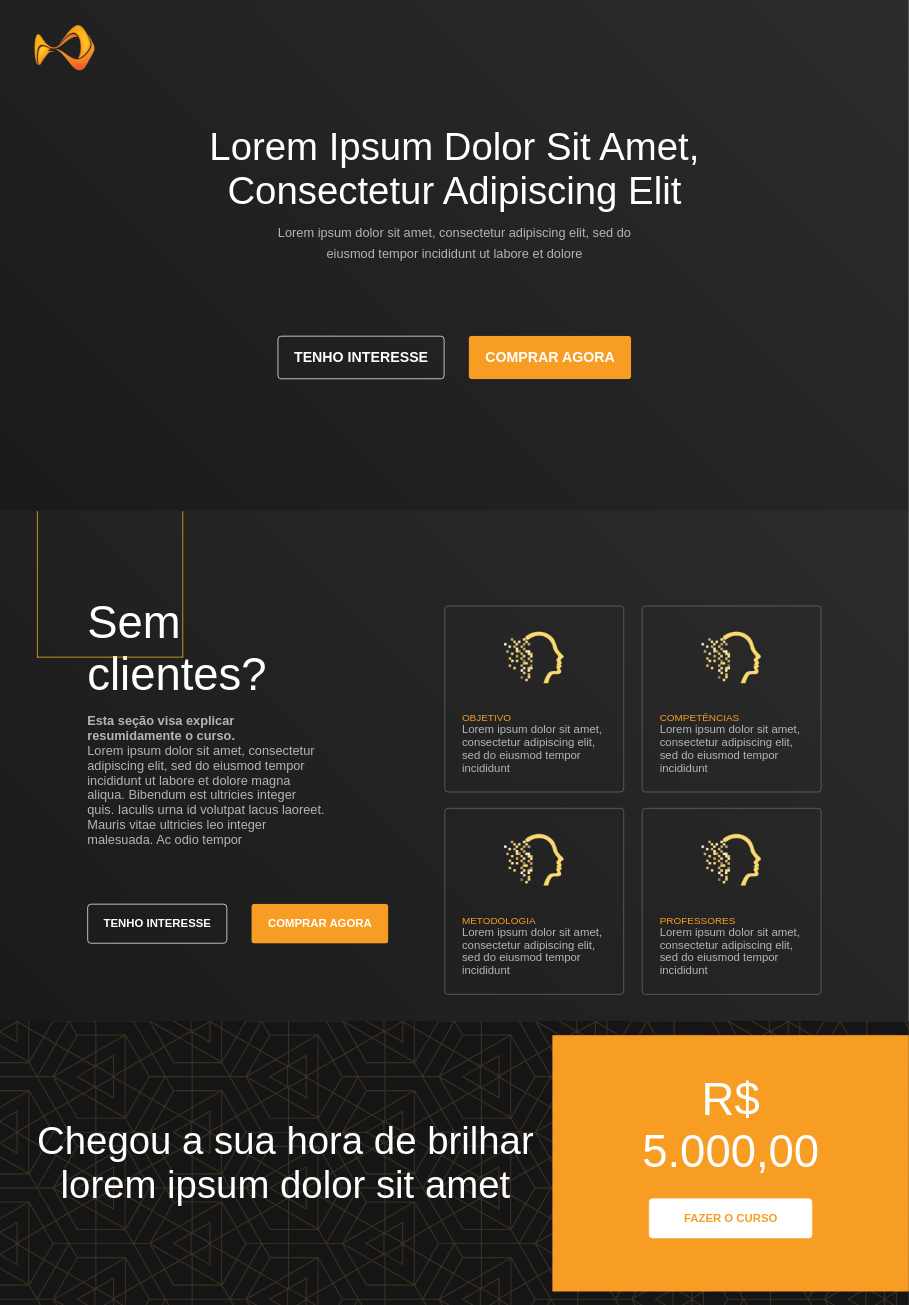
Repository: Rafael-Araujo-dev/Treinamento-Raccoon
Page: Projeto-2/index.html
An editor plug-in stored every save of this project. The page is shown before and after a run of saves, followed by the edit.
The browser window is 1280 px wide. The pictures show the whole page, at 71% of full size.
Some web fonts or font styles are not loaded; a fallback is used.

Above is the page before, as saved 2021-09-23 11:27:38.

After the next 4 saves:
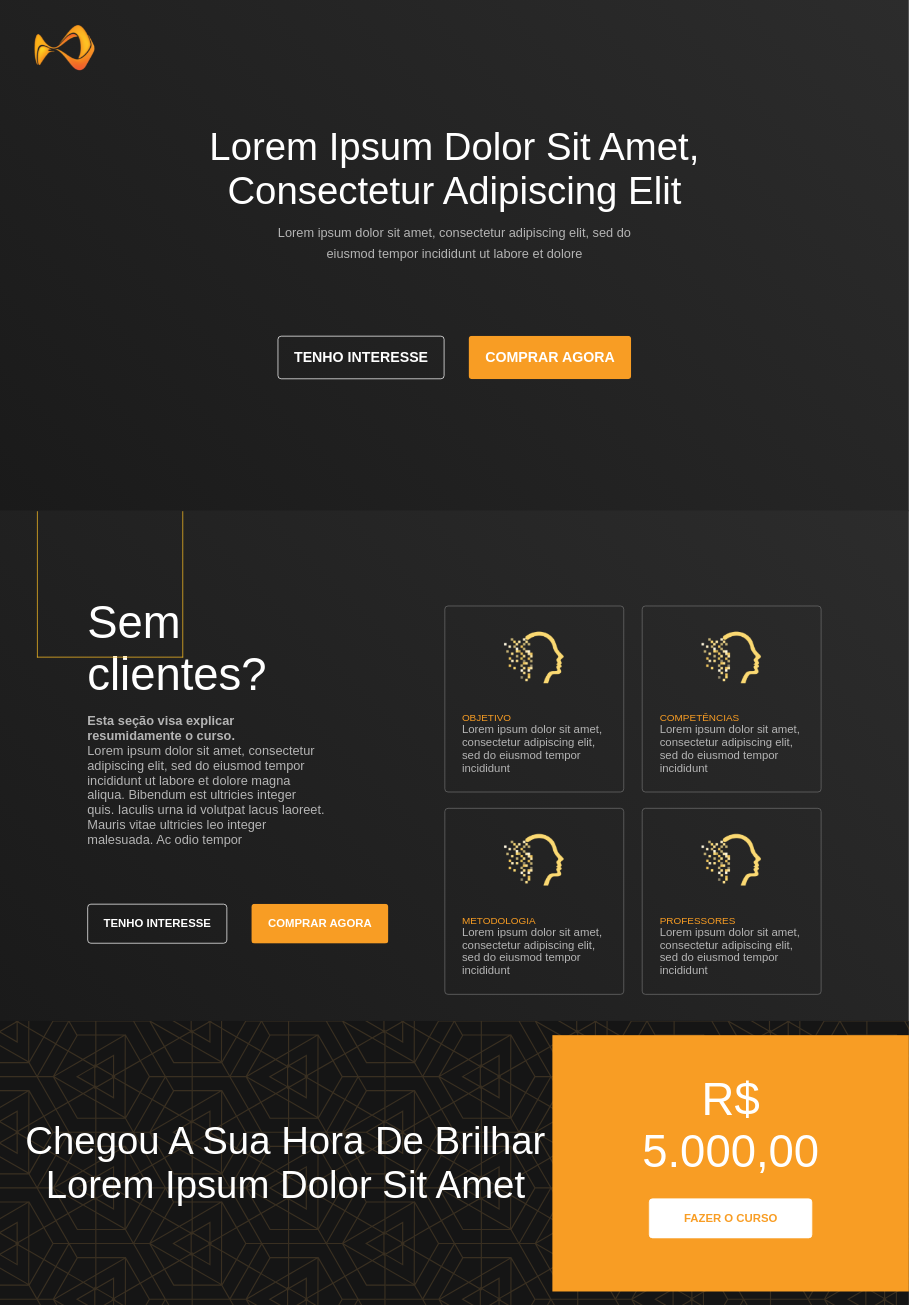
The 4 saves are shown as one change because they came seconds apart.
The last was saved 75 s later.
--- a/Projeto-2/css/style.css
+++ b/Projeto-2/css/style.css
@@ -358,6 +358,7 @@
     color: #FFFFFF;
     text-align: center;
     width: 60%;
+    text-transform: capitalize;
 }
 
 .take-course .container .card {
